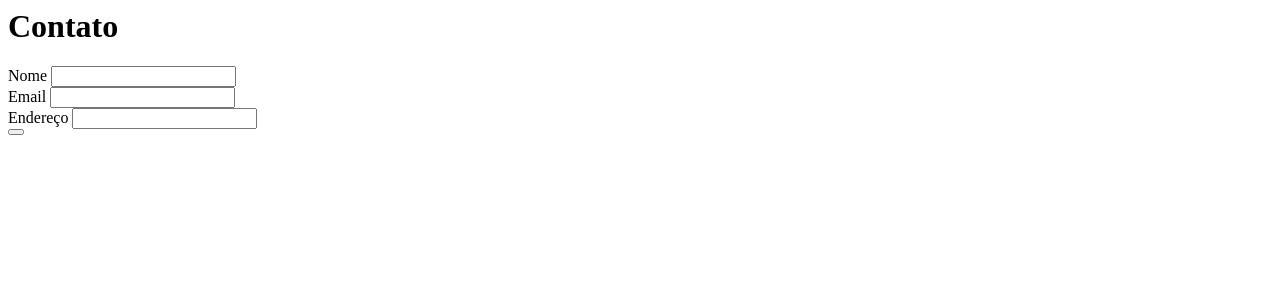
Repository: BrunoCesarAngst/poo
Page: aula04/views/form.html
An editor plug-in stored every save of this project. The page is shown before and after the next save, followed by the edit.
The browser window is 1280 px wide. The pictures show the whole page.

Above is the page before, as saved 2020-08-21 20:18:06.

### aula04/views/form.html
<h1>Contato</h1>

<form>
  <div class="form-group">
    <label for="">Nome</label>
    <input id="name" type="text" class="form-control">
  </div>

  <div class="form-group">
    <label for="">Email</label>
    <input id="name" type="email" class="form-control">
  </div>

  <div class="form-group">
    <label for="">Endereço</label>
    <input id="name" type="address" class="form-control">
  </div>

  <button type="submit"></button>
</form>

After the next save:
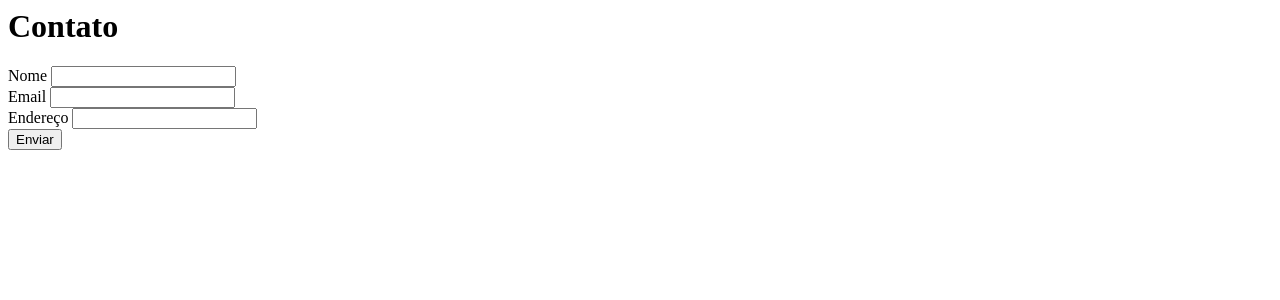
Saved 7 s later.
--- a/aula04/views/form.html
+++ b/aula04/views/form.html
@@ -16,5 +16,5 @@
     <input id="name" type="address" class="form-control">
   </div>
 
-  <button type="submit"></button>
+  <button type="submit">Enviar</button>
 </form>
